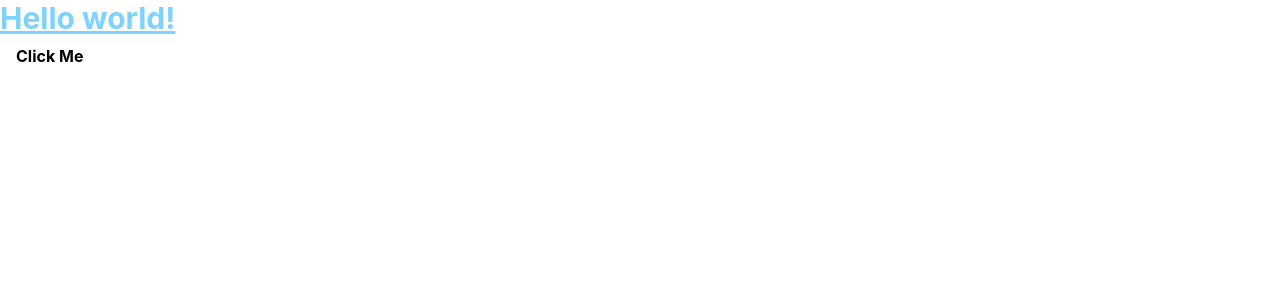
Repository: isabelleoktay/sibelle-website
Page: / (app in front-end/)
These files come from the project's save history. The page is drawn as it stood at one moment and after the next save; the edit follows.
The browser window is 1280 px wide. The pictures show the whole page.
The project was rebuilt for these pictures with package versions that can differ from the ones it lists, and the page was loaded fresh each time. Also part of the build but not shown: front-end/src/App.css.

Above is the page before, as saved 2022-11-30 14:56:29.

After the next save:
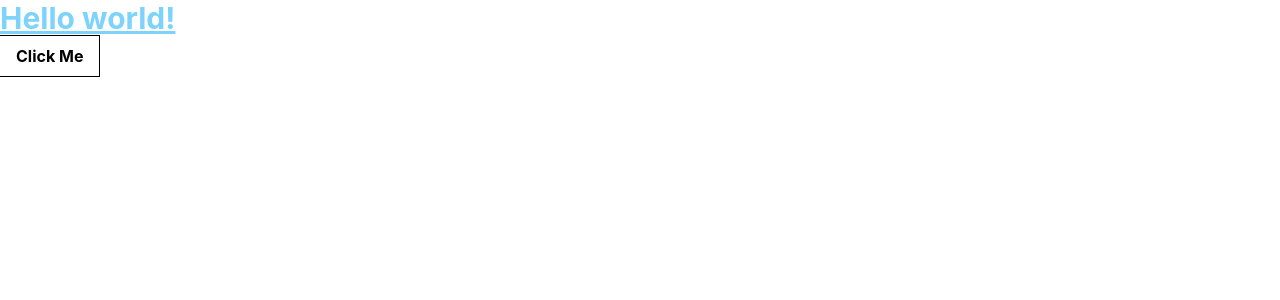
Saved 20 s later.
--- a/front-end/src/components/landing-page-button.js
+++ b/front-end/src/components/landing-page-button.js
@@ -4,7 +4,7 @@ import { Link } from 'react-router-dom';
 const LandingPageButton = props => {
     return (
         <div>
-            <button className="font-bold py-2 px-4 outline-1" type="button">
+            <button className="font-bold py-2 px-4 outline outline-1" type="button">
                 <a href={props.url}>Click Me</a>
             </button>
         </div>
